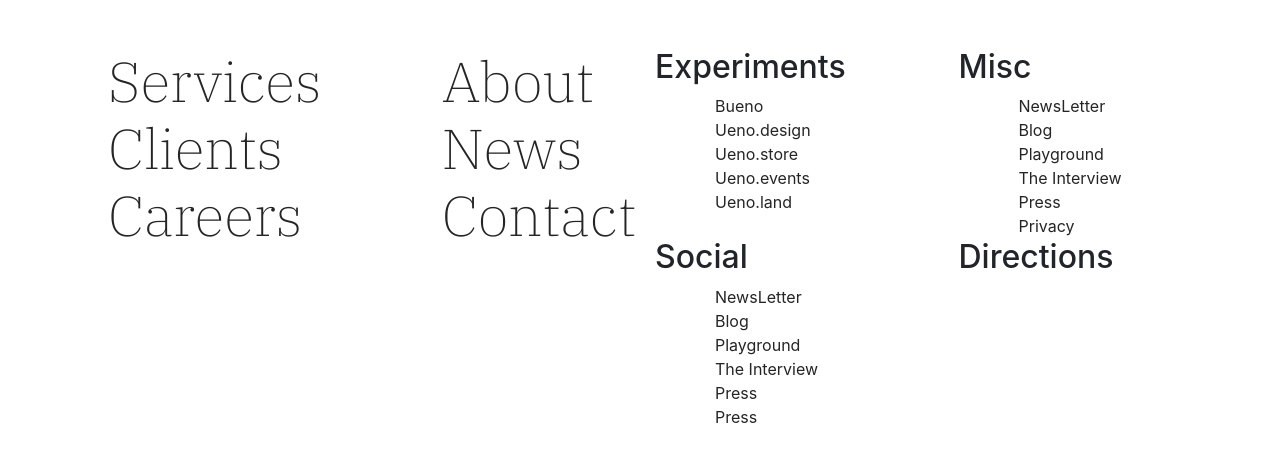
Repository: DeepaPrasanna/UenoClone
Page: /
These files come from the project's save history. The page is drawn as it stood at one moment and after the next save; the edit follows.
The browser window is 1280 px wide. The pictures show the whole page.
The project was rebuilt for these pictures with package versions that can differ from the ones it lists, and the page was loaded fresh each time. Also part of the build but not shown: src/components/Layout/Header.js.

Above is the page before, as saved 2021-05-04 13:26:41.

After the next save:
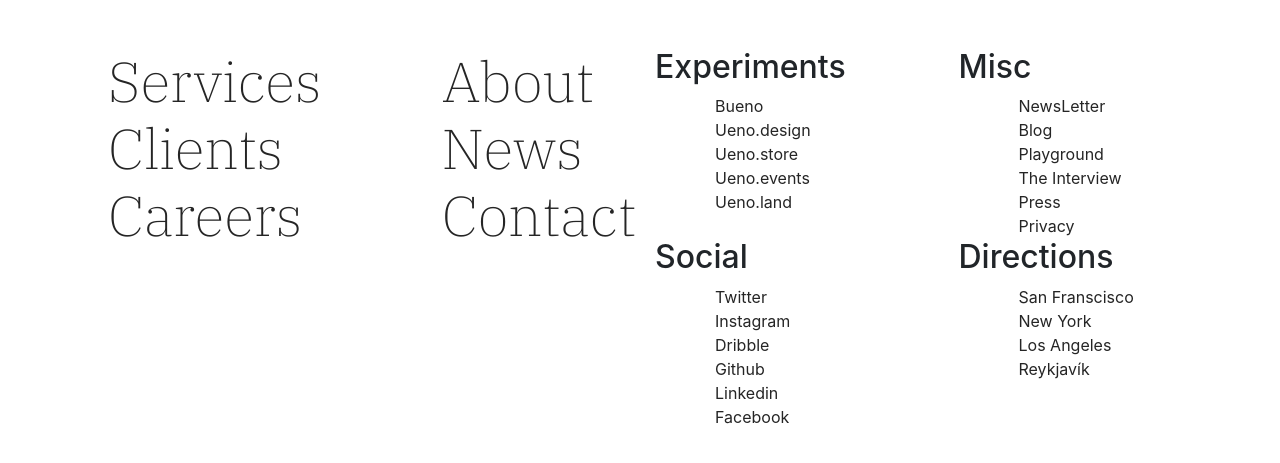
Saved 3 min 19 s later.
--- a/src/components/Layout/Screen.js
+++ b/src/components/Layout/Screen.js
@@ -82,27 +82,41 @@
               <h2>Social</h2>
               <Nav>
                 <Nav.Link href="#" className="screen-links">
-                  NewsLetter
+                  Twitter
                 </Nav.Link>
                 <Nav.Link href="#" className="screen-links">
-                  Blog
+                  Instagram
                 </Nav.Link>
                 <Nav.Link href="#" className="screen-links">
-                  Playground
+                  Dribble
                 </Nav.Link>
                 <Nav.Link href="#" className="screen-links">
-                  The Interview
+                  Github
                 </Nav.Link>
                 <Nav.Link href="#" className="screen-links">
-                  Press
+                  Linkedin
                 </Nav.Link>
                 <Nav.Link href="#" className="screen-links">
-                  Press
+                  Facebook
                 </Nav.Link>
               </Nav>
             </Col>
             <Col>
               <h2>Directions</h2>
+              <Nav>
+                <Nav.Link href="#" className="screen-links">
+                  San Franscisco
+                </Nav.Link>
+                <Nav.Link href="#" className="screen-links">
+                  New York
+                </Nav.Link>
+                <Nav.Link href="#" className="screen-links">
+                  Los Angeles
+                </Nav.Link>
+                <Nav.Link href="#" className="screen-links">
+                  Reykjavík
+                </Nav.Link>
+              </Nav>
             </Col>
           </Row>
         </Col>
